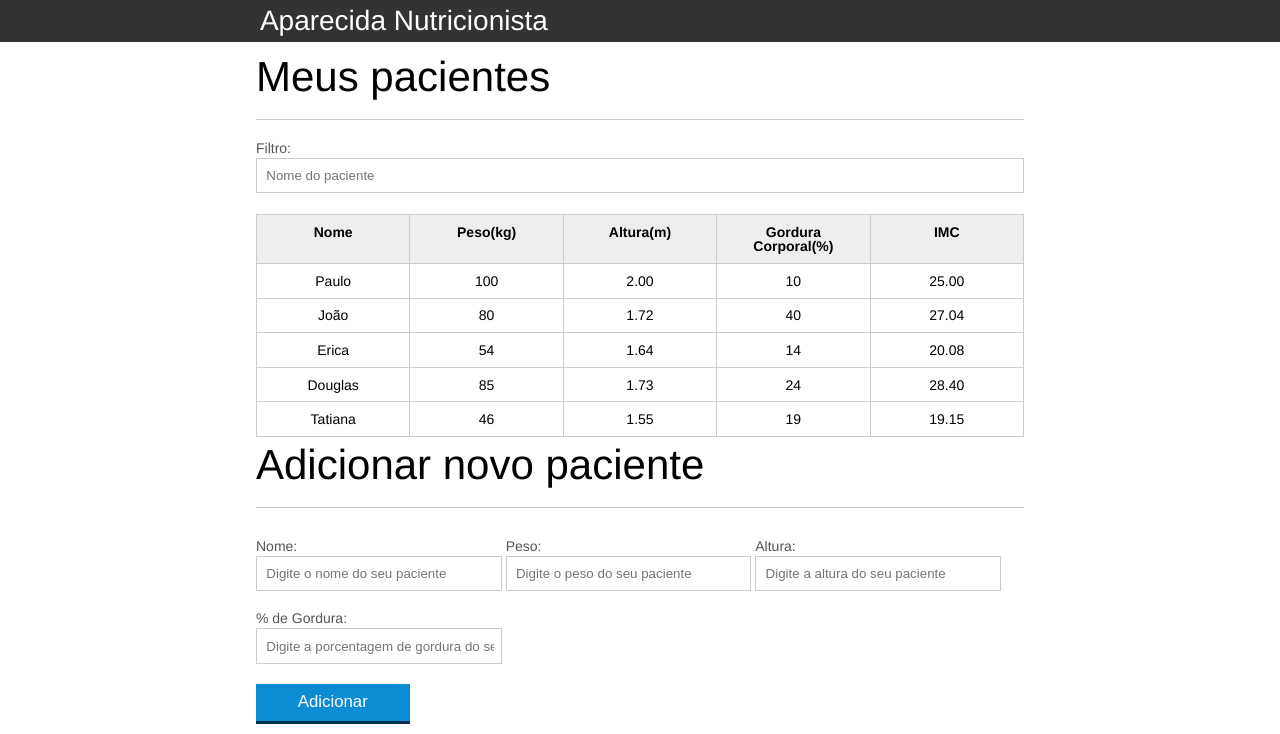
Repository: GabbLps/Controle-de-Clientes-Alura
Page: index.html
These files come from the project's save history. The page is drawn as it stood at one moment and after the next save; the edit follows.
The browser window is 1280 px wide. The pictures show the whole page.

Above is the page before, as saved 2022-05-15 18:48:52.

After the next save:
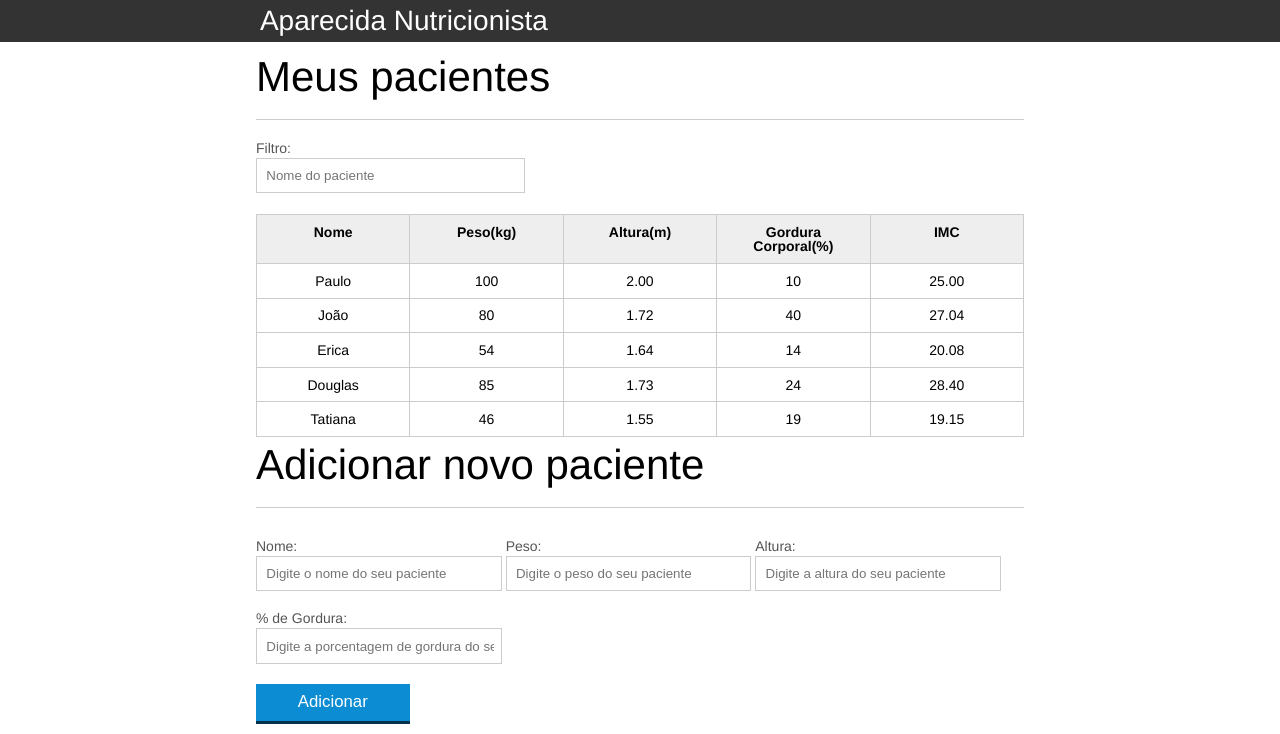
Saved 2 min 53 s later.
--- a/css/index.css
+++ b/css/index.css
@@ -89,6 +89,10 @@ label{
 	width: 100%;
 }
 
+#filtrar-tabela {
+	width: 35%;
+}
+
 .campo-medio{
 	display: inline-block;
 	padding-right: .5em;
